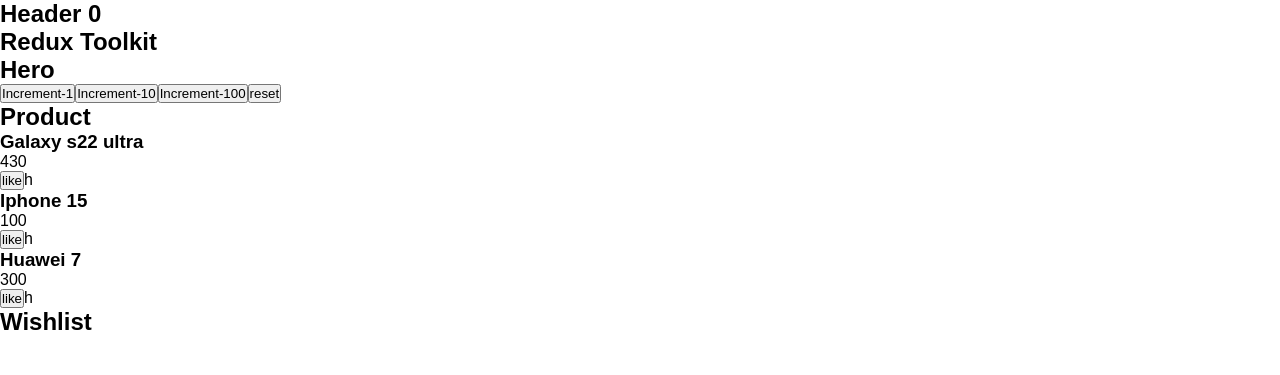
Repository: SitoraRashidova/userCrudFront
Page: /
The author's editor kept a copy of each file at every save. The page is drawn from the files as they stood at one save, then again after the next save.
The browser window is 1280 px wide. The pictures show the whole page.
The project was rebuilt for these pictures with package versions that can differ from the ones it lists, and the page was loaded fresh each time. Also part of the build but not shown: vite.config.js.

Above is the page before, as saved 2024-12-09 23:39:02.

### src/main.jsx
import { StrictMode } from "react";
import { createRoot } from "react-dom/client";
import "./index.css";
import App from "./App.jsx";
// redux toolkid codes here
import { Provider } from "react-redux";
import store from "./redux/index.js";

createRoot(document.getElementById("root")).render(
  <StrictMode>
    <Provider store={store}>
      <App />
    </Provider>
  </StrictMode>
);

### src/App.jsx
import React from "react";
import { Header } from "./components/Header";
import Hero from "./components/Hero";
import Product from "./components/Product";
import Wishlist from "./components/Wishlist";
function App() {
  return (
    <>
      <Header />
      <h2>Redux Toolkit</h2>
      <Hero />
      <Product />
      <Wishlist />
    </>
  );
}

export default App;

### src/redux/index.js
import { configureStore } from "@reduxjs/toolkit";
import counterSlice from "./slices/counter-slice";
import wishlist from "./slices/wishlist-slice"
const store = configureStore({
  reducer: {
    counter: counterSlice,
    wishlist
  },
});
export default store

### src/components/Header.jsx
import React from "react";
import { useSelector } from "react-redux";

export const Header = () => {
  const counter = useSelector((state) => state.counter.value);
  console.log(counter);
  return (
    <div>
      <h2>Header {counter}</h2>
    </div>
  );
};

### src/components/Hero.jsx
import React from "react";
import { useDispatch } from "react-redux";
import { inc, reset } from "../redux/slices/counter-slice";
const Hero = () => {
  const dispatch = useDispatch();
  return (
    <div>
      <h2>Hero</h2>
      <button onClick={() => dispatch(inc(1))}>Increment-1</button>
      <button onClick={() => dispatch(inc(10))}>Increment-10</button>
      <button onClick={() => dispatch(inc(100))}>Increment-100</button>
      <button onClick={() => dispatch(reset())}>reset</button>
    </div>
  );
};

export default Hero;

### src/components/Product.jsx
import React from "react";

const DATA = [
  {
    id: 1,
    title: "Galaxy s22 ultra",
    price: 430,
  },
  {
    id: 2,
    title: "Iphone 15",
    price: 100,
  },
  {
    id: 3,
    title: "Huawei 7",
    price: 300,
  },
];
const Product = () => {
  return (
    <div>
      <h2>Product</h2>
      {DATA?.map((item) => (
        <div key={item.id}>
          <h3>{item.title}</h3>
          <p>{item.price}</p>
          <button>like</button>
          h
        </div>
      ))}
    </div>
  );
};

export default Product;

### src/components/Wishlist.jsx
import React from "react";

const Wishlist = () => {
  return (
    <div>
      <h2>Wishlist</h2>
    </div>
  );
};

export default Wishlist;

### src/redux/slices/counter-slice.js
import { createSlice } from "@reduxjs/toolkit";
const counterSlice = createSlice({
  name: "counter",
  initialState: {
    value: 0,
  },
  reducers: {
    inc(state, action) {
      state.value += action.payload ? action.payload : 1 ;
    },
    dec(state) {
      state.value -= 1;
    },
    reset(state) {
      state.value = 0;
    },
  },
});
export const { inc, dec, reset } = counterSlice.actions; //setState
export default counterSlice.reducer; //state

### src/redux/slices/wishlist-slice.js
import { createSlice } from "@reduxjs/toolkit";
const wishlistSlice = createSlice({
  name: "wishlist",
  initialState: {
    value: [],
  },

});
export const { inc, dec, reset } = wishlistSlice.actions; //setState
export default wishlistSlice.reducer; //state

Loaded but not shown: index.html (common file); src/index.css (common file)

After the next save:
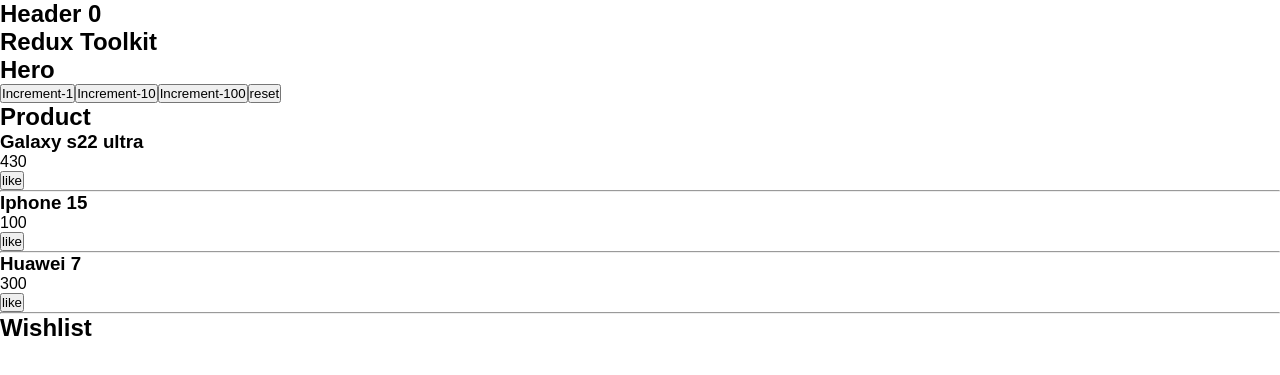
Saved 9 s later.
--- a/src/components/Product.jsx
+++ b/src/components/Product.jsx
@@ -26,7 +26,7 @@
           <h3>{item.title}</h3>
           <p>{item.price}</p>
           <button>like</button>
-          h
+          <hr />
         </div>
       ))}
     </div>
